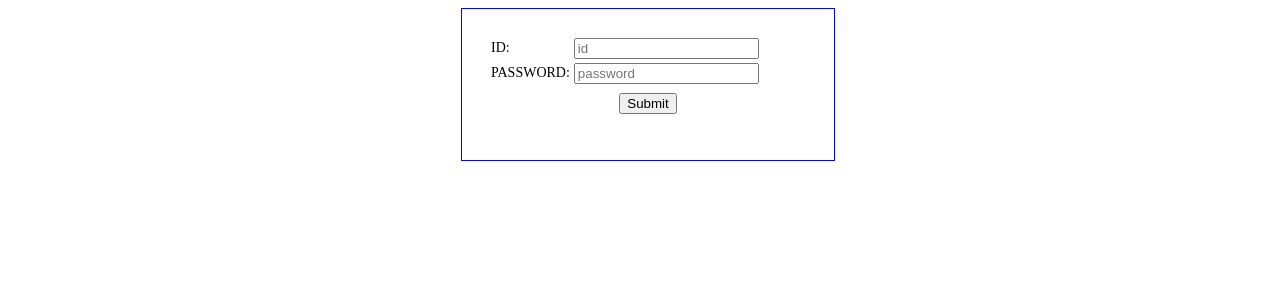
Repository: moshe31sh/Java_ee_final_project_todo_list
Page: http://localhost/Toto_list_final_project/signin.jsp
An editor plug-in stored every save of this project. The page is shown before and after the next save, followed by the edit.
The browser window is 1280 px wide. The page is 1288 px wide, so the pictures cover 1288 px, including what lies to the right of the window. The pictures show the whole page.
The page is served by Tomcat 9. Other server files are loaded and not shown.

Above is the page before, as saved 2015-12-05 10:30:57.

### Toto_list_final_project/WebContent/signin.jsp
<%@ page language="java" contentType="text/html; charset=ISO-8859-1"
    pageEncoding="ISO-8859-1"%>
<!DOCTYPE html PUBLIC "-//W3C//DTD HTML 4.01 Transitional//EN" "http://www.w3.org/TR/html4/loose.dtd">
<html>
<head>
<meta http-equiv="Content-Type" content="text/html/; charset=ISO-8859-1">
<link rel="stylesheet" type="text/css" href="./CSS/style.css">

<title>Sign-In</title>
</head>
<body>



<!-- 	private String userName;
	private String userLastName;
	private int userId;
	private String Password; -->
<form id="login-form" method="get" action="/Toto_list_final_project/ToDoListAuthenticationController">
    <table>
    <tr><td>id:</td><td><input  type="text" placeholder="id" name="id"  title="Inset Id"/></td></tr>
    <tr><td>password:</td><td><input type="password" size ="20" name="pass" placeholder="password" title="Inset Pass"/></td></tr>
</table>

    <input class="submit" type="submit"/>
</form>

</body>
</html>

### Toto_list_final_project/WebContent/CSS/style.css
body{
	width:100%;
}

#login-form{
	display:block;
	width: 25%;
	border: solid 1px blue;
	min-height: 100px;
	margin-left:auto;
	margin-right:auto;
	padding: 2%;
	font-size: 14px;
    text-transform: uppercase;

}

.submit{
	display:block;
	margin-left:auto;
	margin-right:auto;
	margin-top:2%;
	}

After the next save:
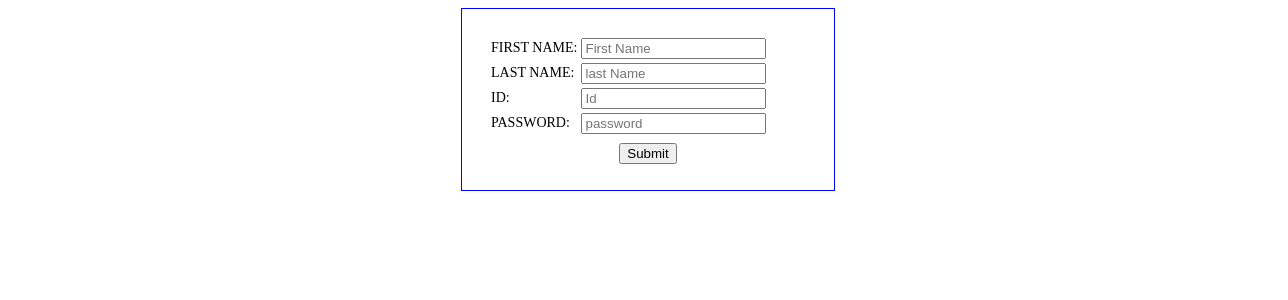
Saved 2 min 30 s later.
--- a/Toto_list_final_project/WebContent/signin.jsp
+++ b/Toto_list_final_project/WebContent/signin.jsp
@@ -18,8 +18,10 @@
 	private String Password; -->
 <form id="login-form" method="get" action="/Toto_list_final_project/ToDoListAuthenticationController">
     <table>
-    <tr><td>id:</td><td><input  type="text" placeholder="id" name="id"  title="Inset Id"/></td></tr>
-    <tr><td>password:</td><td><input type="password" size ="20" name="pass" placeholder="password" title="Inset Pass"/></td></tr>
+    <tr><td>first name:</td><td><input  type="text" placeholder="First Name" name="fname"/></td></tr>
+        <tr><td>last name:</td><td><input  type="text" placeholder="last Name" name="fname"/></td></tr>
+        <tr><td>id:</td><td><input  type="text" placeholder="Id" name="fname"/></td></tr>
+    <tr><td>password:</td><td><input type="password" size ="20" name="pass" placeholder="password"/></td></tr>
 </table>
 
     <input class="submit" type="submit"/>
